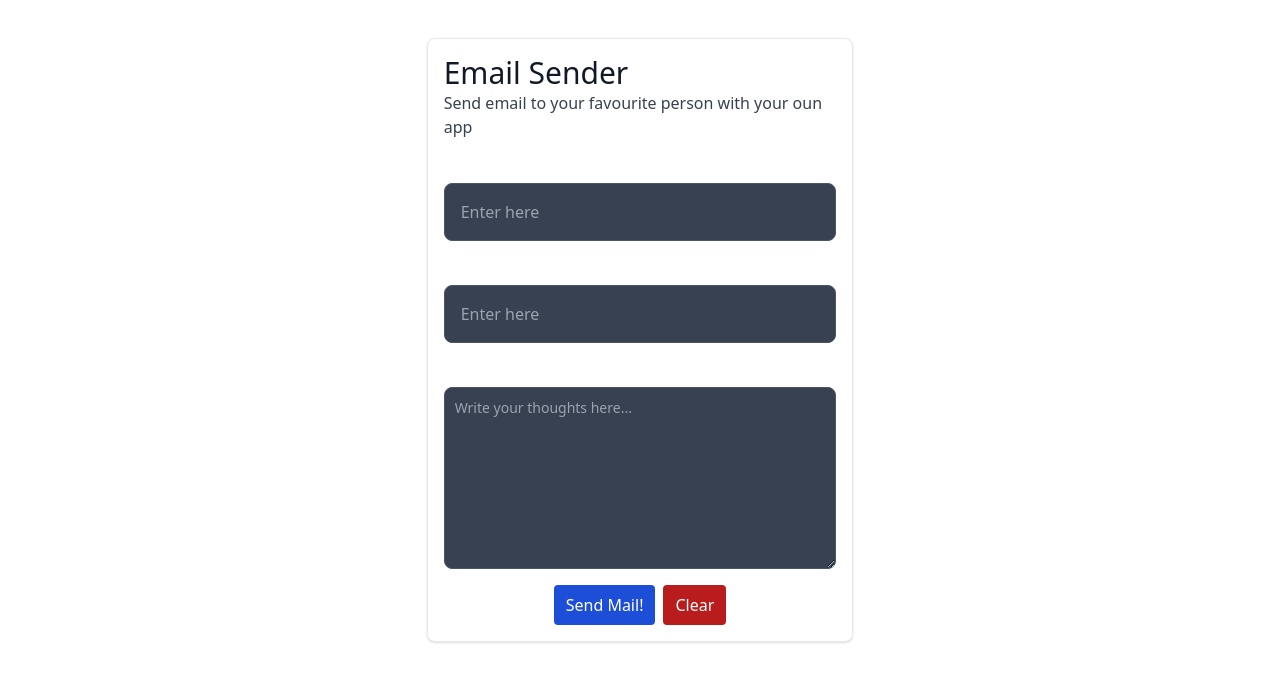
Repository: vikas-1234/EmailReactProject
Page: / (app in email-sender/)
An editor plug-in stored every save of this project. The page is shown before and after the next save, followed by the edit.
The browser window is 1280 px wide. The pictures show the whole page.
The project was rebuilt for these pictures with package versions that can differ from the ones it lists, and the page was loaded fresh each time. Also part of the build but not shown: email-sender/vite.config.js, email-sender/src/App.css.

Above is the page before, as saved 2024-04-21 12:17:10.

### email-sender/index.html
<!doctype html>
<html lang="en" class="dark">
  <head>
    <meta charset="UTF-8" />
    <link rel="icon" type="image/svg+xml" href="/vite.svg" />
    <meta name="viewport" content="width=device-width, initial-scale=1.0" />
    <title>Email Sender</title>
  </head>
  <body className="bg-gray-200 dark:bg-gray-800">
    <div id="root"></div>
    <script type="module" src="/src/main.jsx"></script>
  </body>
</html>

### email-sender/src/App.jsx

import { Toaster } from 'react-hot-toast'
import './App.css'
import EmailSender from './components/EmailSender'

function App() {


  return (
    <>
      <EmailSender/>
      <Toaster/>
    </>
  )
}

export default App

### email-sender/src/components/EmailSender.jsx
import { useState } from "react";
import toast from "react-hot-toast";
import { sendEmail } from "../services/email.services";
function EmailSender() {
  const [emailData, setEmailData] = useState({
    to: "",
    subject: "",
    message: "",
  });

  const [sending, setSending] = useState(false);

  async function handleFieldChange(event, name) {
    setEmailData({ ...emailData, [name]: event.target.value });
  }

  async function handleSubmit(event) {
    event.preventDefault();

    if (
      emailData.to === "" ||
      emailData.subject === "" ||
      emailData.message === ""
    ) {
      alert("Please fill all the fields");
      toast.error("Invalid Fields!!");
      return;
    }

    try {
      setSending(true);
      await sendEmail(emailData);
      toast.success("Email Data has been sent successfully");
      toast.success("Send Another One Data");
      setEmailData({
        to: "",
        subject: "",
        message: "",
      });
      console.log(emailData);
    } catch (error) {
      toast.error("Email not send!!!");
      console.log(emailData);
    } finally {
      setSending(false);
    }

    console.log(emailData);
  }

  return (
    <div className="w-full min-h-screen flex justify-center items-center">
      <div className="email_card md:w-1/3 w-full -mt-10 mx-4 md:mx-0  bg-white p-4 border rounded-lg shadow">
        <h1 className="text-gray-900 text-3xl">Email Sender</h1>
        <p className="text-gray-700">
          {" "}
          Send email to your favourite person with your oun app{" "}
        </p>

        <form action="" onSubmit={handleSubmit}>
          {/* To Section */}

          <div className="input_field mt-4">
            <label
              htmlFor="large-input"
              className="block mb-2 text-sm font-medium text-gray-900 dark:text-white"
            >
              To :
            </label>
            <input
              type="text"
              value={emailData.to}
              onChange={(event) => handleFieldChange(event, "to")}
              placeholder="Enter here"
              id="large-input"
              className="block w-full p-4 text-gray-900 border border-gray-300 rounded-lg bg-gray-50 text-base focus:ring-blue-500 focus:border-blue-500 dark:bg-gray-700 dark:border-gray-600 dark:placeholder-gray-400 dark:text-white dark:focus:ring-blue-500 dark:focus:border-blue-500"
            ></input>
          </div>
          {/* To Subject */}

          <div className="input_field mt-4">
            <label
              htmlFor="large-input"
              className="block mb-2 text-sm font-medium text-gray-900 dark:text-white"
            >
              Subject:
            </label>
            <input
              type="text"
              value={emailData.subject}
              onChange={(event) => handleFieldChange(event, "subject")}
              placeholder="Enter here"
              id="large-input"
              className="block w-full p-4 text-gray-900 border border-gray-300 rounded-lg bg-gray-50 text-base focus:ring-blue-500 focus:border-blue-500 dark:bg-gray-700 dark:border-gray-600 dark:placeholder-gray-400 dark:text-white dark:focus:ring-blue-500 dark:focus:border-blue-500"
            ></input>
          </div>

          {/* Message Section */}

          <div className="form_field mt-4">
            <label
              htmlFor="message"
              className="block mb-2 text-sm font-medium text-gray-900 dark:text-white"
            >
              Your message
            </label>
            <textarea
              id="message"
              value={emailData.message}
              onChange={(event) => handleFieldChange(event, "message")}
              rows="8"
              className="block p-2.5 w-full text-sm text-gray-900 bg-gray-50 rounded-lg border border-gray-300 focus:ring-blue-500 focus:border-blue-500 dark:bg-gray-700 dark:border-gray-600 dark:placeholder-gray-400 dark:text-white dark:focus:ring-blue-500 dark:focus:border-blue-500"
              placeholder="Write your thoughts here..."
            ></textarea>
          </div>

          {/* Loader Section */}
          {sending && (
            <div className="loader flex-col gap-2 items-center justify-center flex mt-4">
              <div role="status">
                <svg
                  aria-hidden="true"
                  className="w-8 h-8 text-gray-200 animate-spin dark:text-gray-600 fill-blue-600"
                  viewBox="0 0 100 101"
                  fill="none"
                  xmlns="http://www.w3.org/2000/svg"
                >
                  <path
                    d="M100 50.5908C100 78.2051 77.6142 100.591 50 100.591C22.3858 100.591 0 78.2051 0 50.5908C0 22.9766 22.3858 0.59082 50 0.59082C77.6142 0.59082 100 22.9766 100 50.5908ZM9.08144 50.5908C9.08144 73.1895 27.4013 91.5094 50 91.5094C72.5987 91.5094 90.9186 73.1895 90.9186 50.5908C90.9186 27.9921 72.5987 9.67226 50 9.67226C27.4013 9.67226 9.08144 27.9921 9.08144 50.5908Z"
                    fill="currentColor"
                  />
                  <path
                    d="M93.9676 39.0409C96.393 38.4038 97.8624 35.9116 97.0079 33.5539C95.2932 28.8227 92.871 24.3692 89.8167 20.348C85.8452 15.1192 80.8826 10.7238 75.2124 7.41289C69.5422 4.10194 63.2754 1.94025 56.7698 1.05124C51.7666 0.367541 46.6976 0.446843 41.7345 1.27873C39.2613 1.69328 37.813 4.19778 38.4501 6.62326C39.0873 9.04874 41.5694 10.4717 44.0505 10.1071C47.8511 9.54855 51.7191 9.52689 55.5402 10.0491C60.8642 10.7766 65.9928 12.5457 70.6331 15.2552C75.2735 17.9648 79.3347 21.5619 82.5849 25.841C84.9175 28.9121 86.7997 32.2913 88.1811 35.8758C89.083 38.2158 91.5421 39.6781 93.9676 39.0409Z"
                    fill="currentFill"
                  />
                </svg>
                <span className="sr-only">Loading...</span>
              </div>
              <h1>Sending an Email......</h1>
            </div>
          )}

          <div className="button_container mt-4 flex justify-center gap-2">
            <button
            disabled={sending}
              type="submit"
              className="hover:bg-blue-900 text-white bg-blue-700 px-3 py-2 rounded"
            >
              Send Mail!
            </button>
            <button className="hover:bg-red-900 text-white bg-red-700 px-3 py-2 rounded">
              Clear
            </button>
          </div>
        </form>
      </div>
    </div>
  );
}

export default EmailSender;

### email-sender/src/services/email.services.jsx

import { customAxios } from "./helper";

export async function sendEmail(emailData) {
    const result=(await customAxios.post(`/send`, emailData)).data;
    return  result;

  // .then((response) => {
    //     alert('Email sent successfully:', response.data);
    //     return response.data;
    // })
    // .catch((error) => {
    //     alert('Error sending email:', error);
    //     throw error;
    // })
}

### email-sender/src/services/helper.jsx
import axios from 'axios'

const baseURL = "http://localhost:8080/api/v1/email";
//  const baseURL = '/api/v1'; // Use this for production.
export const customAxios=axios.create({
    baseURL: baseURL,

});

### email-sender/tailwind.config.js
/** @type {import('tailwindcss').Config} */
export default {
  content: ["./index.html",
  "./src/**/*.{js,ts,jsx,tsx}",],
  theme: {
    extend: {},
  },
  plugins: [],
  darkMode:'selector',
}

Loaded but not shown: email-sender/src/main.jsx (common file); email-sender/src/index.css (common file)

After the next save:
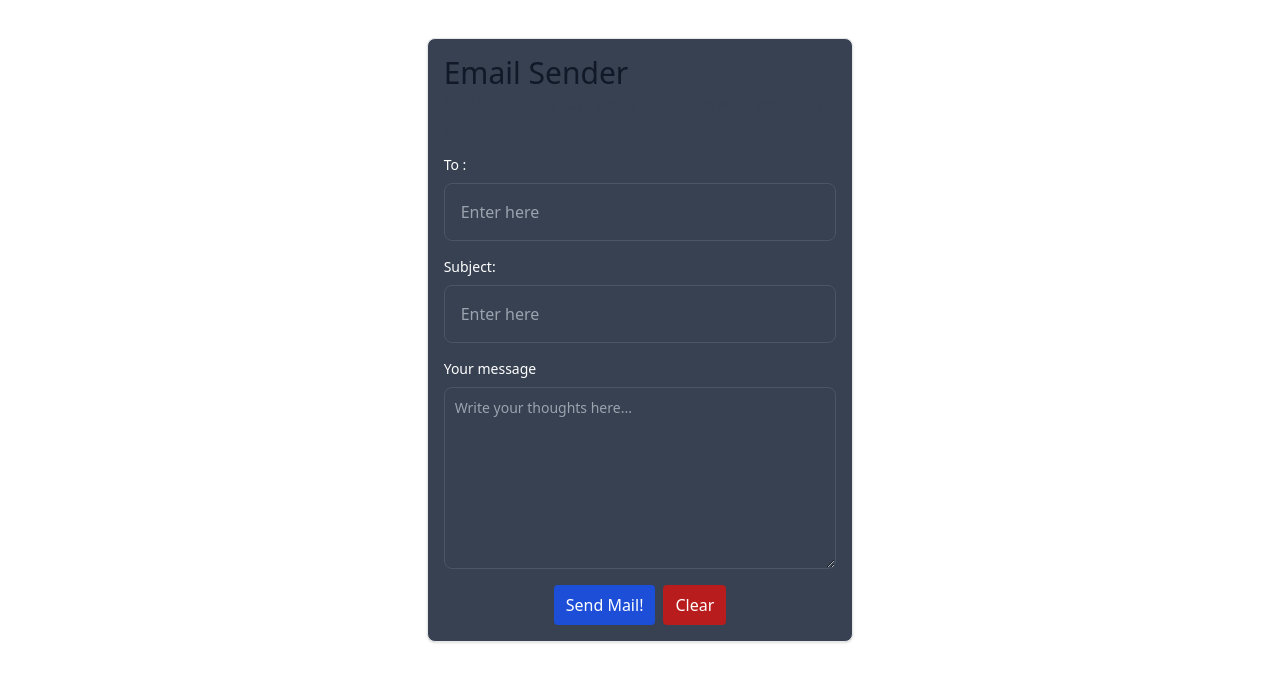
Saved 55 s later.
--- a/email-sender/src/components/EmailSender.jsx
+++ b/email-sender/src/components/EmailSender.jsx
@@ -50,7 +50,7 @@ function EmailSender() {
 
   return (
     <div className="w-full min-h-screen flex justify-center items-center">
-      <div className="email_card md:w-1/3 w-full -mt-10 mx-4 md:mx-0  bg-white p-4 border rounded-lg shadow">
+      <div className="email_card md:w-1/3 w-full -mt-10 mx-4 md:mx-0 dark:bg-gray-700  bg-white p-4 border rounded-lg shadow">
         <h1 className="text-gray-900 text-3xl">Email Sender</h1>
         <p className="text-gray-700">
           {" "}
